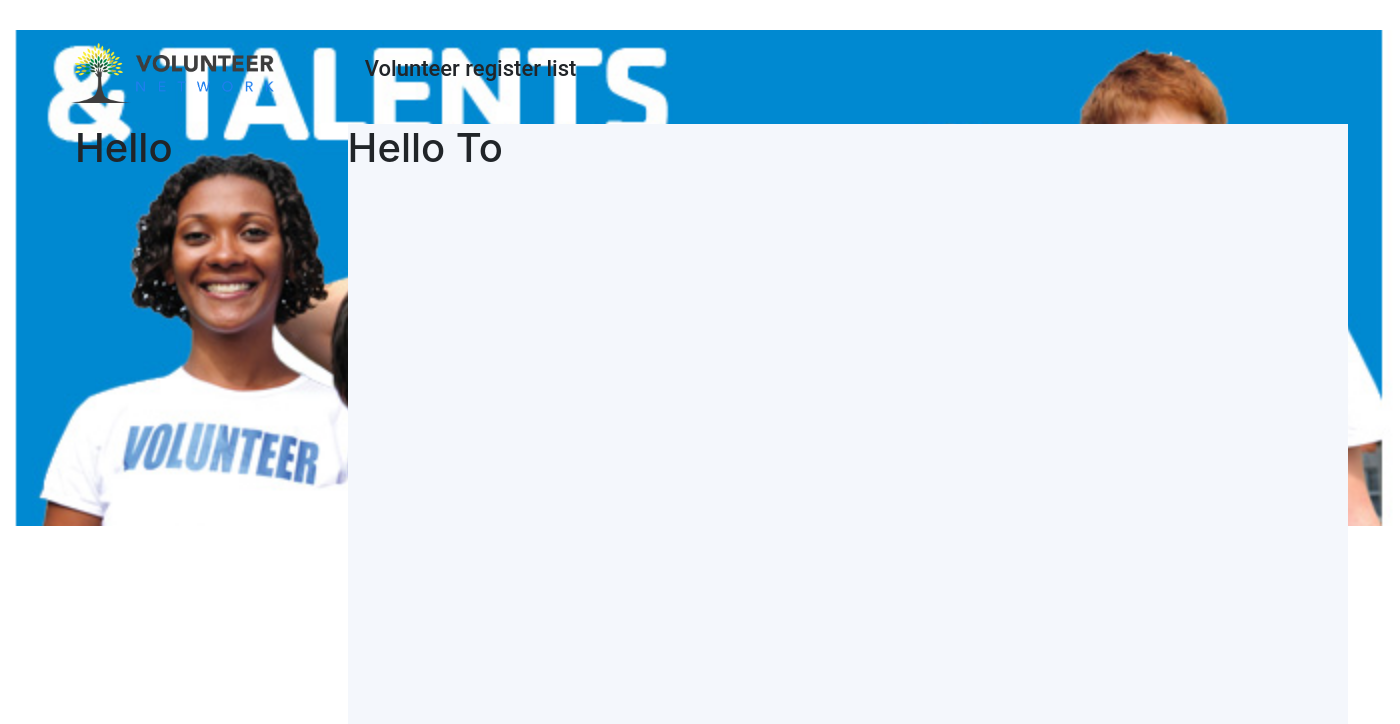
Repository: MdTahsinAmin/volunteer-network-client
Page: /adminPanel
These files come from the project's save history. The page is drawn as it stood at one moment and after the next save; the edit follows.
The browser window is 1280 px wide. The page is 1400 px wide, so the pictures cover 1400 px, including what lies to the right of the window. The pictures show the whole page.
The project was rebuilt for these pictures with package versions that can differ from the ones it lists, and the page was loaded fresh each time.

Above is the page before, as saved 2020-10-04 23:17:46.

### public/index.html
<!DOCTYPE html>
<html lang="en">
  <head>
    <meta charset="utf-8" />
    <link rel="icon" href="%PUBLIC_URL%/favicon.ico" />
    <meta name="viewport" content="width=device-width, initial-scale=1" />
    <meta name="theme-color" content="#000000" />
    <meta
      name="description"
      content="Web site created using create-react-app"
    />
    <link rel="apple-touch-icon" href="%PUBLIC_URL%/logo192.png" />
    <!--
      manifest.json provides metadata used when your web app is installed on a
      user's mobile device or desktop. See https://developers.google.com/web/fundamentals/web-app-manifest/
    -->
    <link rel="manifest" href="%PUBLIC_URL%/manifest.json" />
    <!--
      Notice the use of %PUBLIC_URL% in the tags above.
      It will be replaced with the URL of the `public` folder during the build.
      Only files inside the `public` folder can be referenced from the HTML.

      Unlike "/favicon.ico" or "favicon.ico", "%PUBLIC_URL%/favicon.ico" will
      work correctly both with client-side routing and a non-root public URL.
      Learn how to configure a non-root public URL by running `npm run build`.
    -->
    <title>Volunteer Network</title>
  </head>
  <body>
    <noscript>You need to enable JavaScript to run this app.</noscript>
    <div id="root"></div>
    <!--
      This HTML file is a template.
      If you open it directly in the browser, you will see an empty page.

      You can add webfonts, meta tags, or analytics to this file.
      The build step will place the bundled scripts into the <body> tag.

      To begin the development, run `npm start` or `yarn start`.
      To create a production bundle, use `npm run build` or `yarn build`.
    -->
  </body>
</html>

### src/App.js
import React from 'react';
import './App.css';
import Header from './components/Header/Header';
import {
  BrowserRouter as Router,
  Switch,
  Route,
  Link
} from "react-router-dom";
import AdminPanel from './components/AdminPanel/AdminPanel';
function App() {
  return (
    <div className="App">
     <Router>
      <Switch>
        <Route path ='/home'>
         <Header navbar={true}></Header>
        </Route>
        <Route path="/adminPanel">
           <div>
           <Header navbar={false}></Header>
           <AdminPanel/>
           </div>
        </Route>
        <Route exact path="/">
           <Header navbar={true}></Header>
        </Route>
      </Switch>
     </Router>
    </div>
  );
}

export default App;

### src/App.css
.App {
    background-image:url('./logos/Volunteer_Image.jpg');
    background-repeat: no-repeat;
    background-size: cover;
    background-position: center;
    width: 1400px;
    height: 496px;
    left: 1px;
    top: -1px;
}

.App-logo {
  height: 40vmin;
  pointer-events: none;
}

@media (prefers-reduced-motion: no-preference) {
  .App-logo {
    animation: App-logo-spin infinite 20s linear;
  }
}

.App-header {
  background-color: #282c34;
  min-height: 100vh;
  display: flex;
  flex-direction: column;
  align-items: center;
  justify-content: center;
  font-size: calc(10px + 2vmin);
  color: white;
}

.App-link {
  color: #61dafb;
}

@keyframes App-logo-spin {
  from {
    transform: rotate(0deg);
  }
  to {
    transform: rotate(360deg);
  }
}

### src/components/Header/Header.js
import React from 'react';
import { Link, useHistory } from 'react-router-dom';
import './Header.css'
import volunteerLogo from '../../logos/volunteer.png';
import { styled } from '@material-ui/core/styles';
import Button from '@material-ui/core/Button';

// Material Button

const MyButton = styled(Button)({
    background: 'linear-gradient(45deg, #3F90FC 30%, #3F90FC 90%)',
    border: 0,
    borderRadius: '6px',
    color: 'white',
    height: 48,
    padding: '14px 43px',
    marginRight:'15px',
    marginLeft:'9px',
    cursor:'pointer'
  });

  const AdminBtn = styled(Button)({
    background: 'linear-gradient(45deg, #434141 30%, #434141 90%)',
    border: 0,
    borderRadius: '6px',
    color: 'white',
    height: 48,
    padding: '14px 43px',
    marginRight:'15px',
    cursor:'pointer'
  })

const Header = (props) => {

    const history = useHistory();

    const handleAdminPanel = () =>{
         history.push('/adminPanel');
    }


    return (
      <div className="header">
          <div className={props.navbar ? "container" : 'adminPanel'}>
          <nav className="navbar navbar-expand-lg navbar-light">
            <Link to='/home' className="navbar-brand"><img className={props.navbar ?'volunteerLogo':'Logo'} src={volunteerLogo} alt=""/></Link>
            <button className="navbar-toggler" type="button" data-toggle="collapse" data-target="#navbarSupportedContent" aria-controls="navbarSupportedContent" aria-expanded="false" aria-label="Toggle navigation">
                <span className="navbar-toggler-icon"></span>
            </button>
            {
                !props.navbar && <h5 className="volunteer-list">Volunteer register list</h5>
            }
            {
                props.navbar &&  <div className="collapse navbar-collapse" id="navbarSupportedContent">
                <ul className="navbar-nav ml-auto">
                <li className="nav-item">
                    <Link className="nav-link item-nav">Home</Link>
                </li>
                <li className="nav-item">
                    <Link className="nav-link item-nav">Donation</Link>
                </li>
                <li className="nav-item">
                    <Link className="nav-link item-nav">Events</Link>
                </li>
                <li className="nav-item">
                    <Link className="nav-link item-nav">Blog</Link>
                </li>
                <li className="nav-item">
                    <MyButton>Register</MyButton>
                </li>
                <li className="nav-item">
                   <AdminBtn
                     onClick={handleAdminPanel}
                   >Admin
                   </AdminBtn>
                </li>
                </ul>
            </div>
            }
            </nav>
      </div>
   </div>
    );
};

export default Header;

### src/components/AdminPanel/AdminPanel.js
import React from 'react';
import './AdminPanel.css';
const AdminPanel = () => {
    return (
        <div className="adminPanel-section">
            <div className="section-panel">
                 <h1>Hello</h1>
            </div>
            <div className='Volunteer-list'>
                 <h1>Hello To </h1>
            </div>
        </div>
    );
};

export default AdminPanel;

### src/components/Header/Header.css
.volunteerLogo{
    width: 202.81px;
    height: 60px;
    left: 88px;
    top: 44px;
}
.header{
    margin-top: 30px;
}
.nav-link{
    font-family: Montserrat;
    font-style: normal;
    font-weight: 500;
    font-size: 20px;
    text-align: center;
    color: #0B0B0B;
}

### src/components/AdminPanel/AdminPanel.css
.adminPanel{
    margin-right:20px;
}
.Logo{
    width: 202.81px;
    height: 60px;
    left: 88px;
    top: 44px;
    margin-left:55px;
}
.volunteer-list{
    margin-left:75px;
    font-family: Roboto;
    font-style: normal;
    font-weight: 500;
    font-size: 22px;
}
.adminPanel-section{
    display:flex;
}
.section-panel{
    margin-top:8px;
    margin-left:75px;
}
.Volunteer-list{
    width:65%;
    margin-top:8px;
    margin-left:175px;
    width: 1000px;
    height: 600px;
    background: #F4F7FC;
}
.volunteer{
    background: #FFFFFF;
    border-radius: 20px;
    width: 950px;
    height: 550px;
}

Loaded but not shown: src/index.js (common file); src/index.css (common file); src/serviceWorker.js (common file)

After the next save:
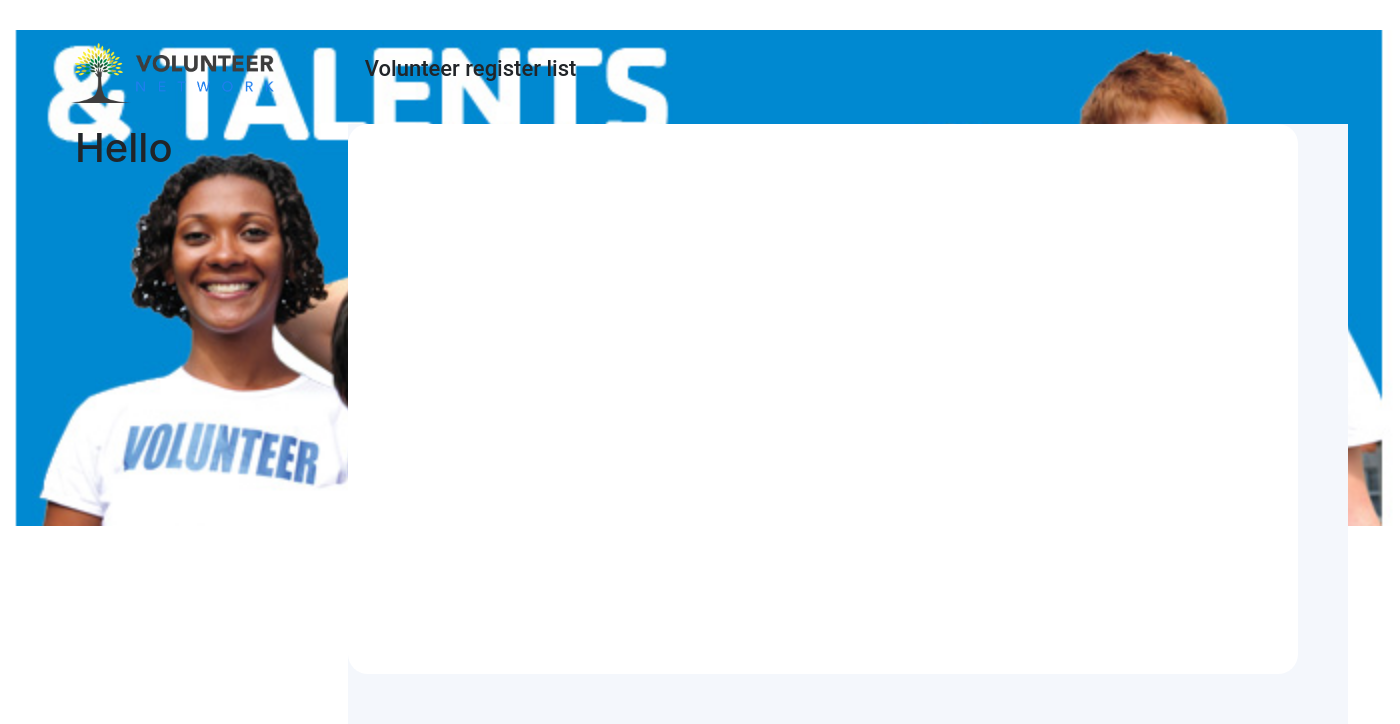
Saved 8 s later.
--- a/src/components/AdminPanel/AdminPanel.js
+++ b/src/components/AdminPanel/AdminPanel.js
@@ -7,7 +7,10 @@
                  <h1>Hello</h1>
             </div>
             <div className='Volunteer-list'>
-                 <h1>Hello To </h1>
+                 <div className='volunteer'>
+
+
+                 </div>
             </div>
         </div>
     );
